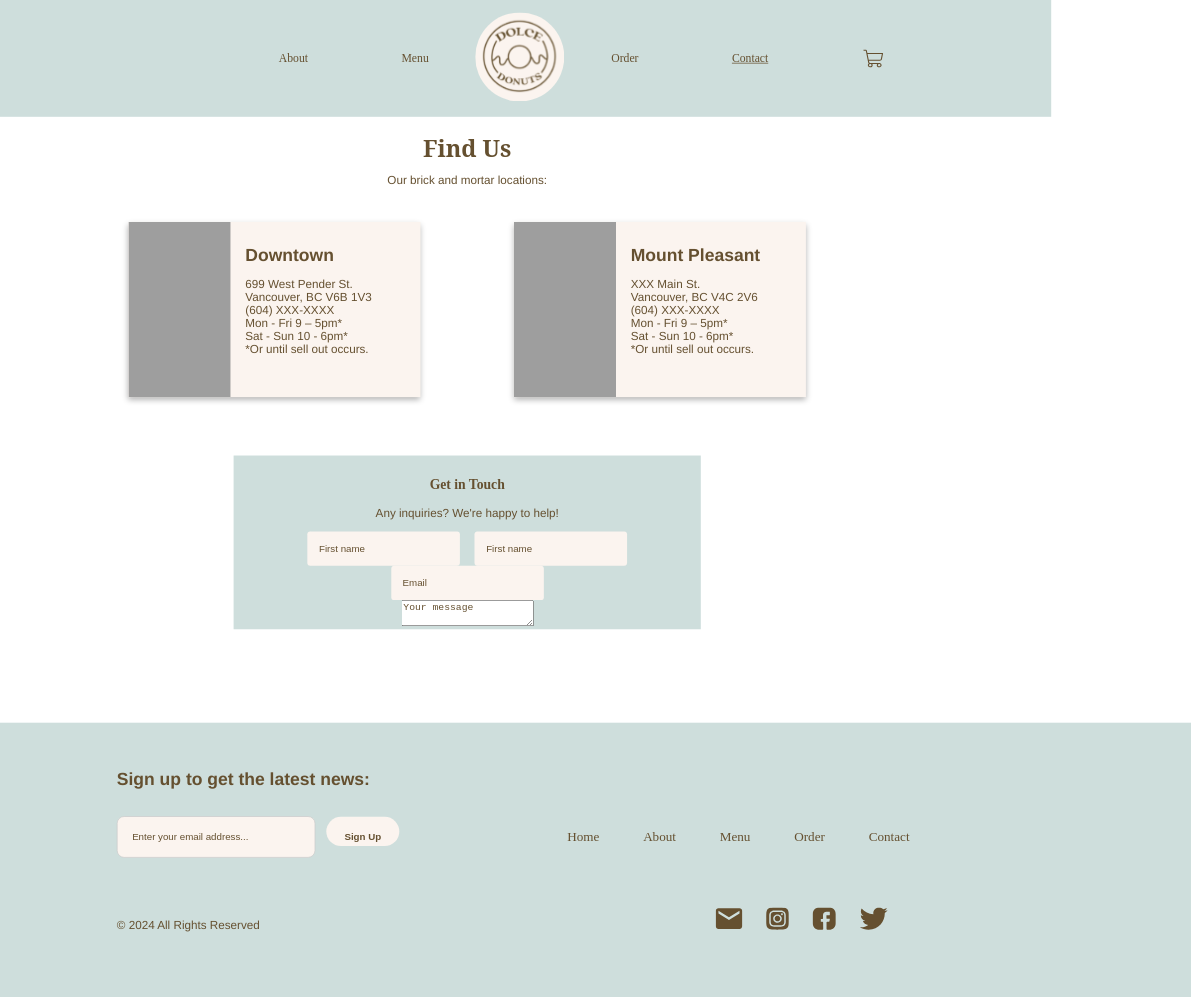
Repository: Crystalhtc/dolcedonuts
Page: /contact
An editor plug-in stored every save of this project. The page is shown before and after a run of saves, followed by the edit.
The browser window is 1280 px wide. The page is 1632 px wide, so the pictures cover 1632 px, including what lies to the right of the window. The pictures show the whole page, at 73% of full size.
Pictures or frames that could not be fetched are drawn as grey boxes. The project was rebuilt for these pictures with package versions that can differ from the ones it lists, and the page was loaded fresh each time. Also part of the build but not shown: vite.config.js, src/pages/Home.module.css, src/pages/Home.jsx, src/components/ProductCard/ProductCard.jsx, src/Data/products.js, src/pages/Order.css, src/pages/Menu.jsx, src/pages/Order.jsx and 13 more.

Above is the page before, as saved 2024-10-20 15:22:11.

### src/App.jsx
import React from 'react';
import "./App.css";
import { BrowserRouter as Router, Route, Routes } from 'react-router-dom';
import Header from './components/Header/Header';
import Footer from './components/Footer/Footer';
import Home from './pages/Home';
import Menu from './pages/menu';
import Order from './pages/order';
import Contact from './pages/Contact';
import About from './pages/About';
import Checkout from './pages/Checkout';
import Cart from './pages/Cart';
import ProductDetails from './pages/ProductDetails';
import PaymentReview from './pages/PaymentReview';

function App() {

  return (
    <Router>
      <Header />
      <Routes>
        <Route path="/" element={<Home />} />
        <Route path="/about" element={<About />} />
        <Route path="/menu" element={<Menu />} />
        <Route path="/order" element={<Order />} />
        {/* <Route path="/productdetails/:id" element={<ProductDetails />} /> */}
        <Route path="/productdetails" element={<ProductDetails />} />
        <Route path="/contact" element={<Contact />} />
        <Route path="/cart" element={<Cart />} />
        <Route path="/checkout" element={<Checkout />} />
        <Route path="/paymentreview" element={<PaymentReview />} />
      </Routes>
      <Footer />
    </Router>
  );
}

export default App;

### src/App.css
@import url('https://fonts.googleapis.com/css2?family=Arimo:ital,wght@0,400..700;1,400..700&display=swap');
@import url('https://fonts.googleapis.com/css2?family=Noto+Serif:ital,wght@0,100..900;1,100..900&display=swap');

:root {
    --mint: #CEDEDC;
    --cream: #FBF4EF;
    --pink: #F5CCD6;
    --dark-pink: #E3BBC5;
    --brown: #655030;
    --dark-brown: #4C3B22;
}
body {
    margin: 0 auto;
}
/* font */
/* heading, button */
h1 {
    font-family: "Noto Serif", serif;
    color: #655030;
    font-size: 28pt;
}
/* subheading */
h2 {
    font-size: 24pt;
    font-family: 'Arimo', sans-serif;
    color: #655030;
}
/* paragraph */
p {
    font-family: 'Arimo', sans-serif;
    color: #655030;
}

.container {
    max-width: 1440px;
    margin: 0 auto;
    height: auto;
    /* padding: 20px;  */
}

### src/components/Header/Header.jsx
import { NavLink } from 'react-router-dom';
import styles from './Header.module.css';
import logo from '../../assets/logo.svg';
import cartIcon from '../../assets/cart-icon.svg';

export default function Header() {
  return (
    <nav className={styles.nav}>
      <ul className={styles.navList}>
        <li className={styles.navItem}>
          <NavLink to="/about" className={({ isActive }) => (isActive ? styles.activeLink : undefined)}>About</NavLink>
        </li>
        <li className={styles.navItem}>
          <NavLink to="/menu" className={({ isActive }) => (isActive ? styles.activeLink : undefined)}>Menu</NavLink>
        </li>
        <li className={styles.logoContainer}>
          <NavLink to="/">
            <img src={logo} alt="Logo" className={styles.logo} />
          </NavLink>
        </li>
        <li className={styles.navItem}>
          <NavLink to="/order" className={({ isActive }) => (isActive ? styles.activeLink : undefined)}>Order</NavLink>
        </li>
        <li className={styles.navItem}>
          <NavLink to="/contact" className={({ isActive }) => (isActive ? styles.activeLink : undefined)}>Contact</NavLink>
        </li>
        <li className={styles.navItem}>
          <NavLink to="/cart" className={({ isActive }) => (isActive ? styles.activeLink : undefined)}>
            <img src={cartIcon} alt="Cart" className={styles.cartIcon} />
          </NavLink>
        </li>
      </ul>
    </nav>
  );
}

### src/components/Footer/Footer.jsx
import React from 'react';
import styles from './Footer.module.css';
import socialMediaIcons from '../../assets/social-media-icons.svg';

const Footer = () => {
    return (
        <footer className={styles.footer}> {/* Use styles for className */}
            <h2 className={styles.signUpMessage}>Sign up to get the latest news:</h2>

            <div className={styles.topContainer}>
                <div className={styles.newsletterSignup}> {/* Use styles for className */}
                    <input type="email" placeholder="Enter your email address..." />
                       <button className={styles.signupButton}>Sign Up</button> {/* Use styles for className */}
                </div>

                 <div className={styles.footerLinks}>
                     <ul className={styles.linkList}>
                        <li><a href="/">Home</a></li>
                        <li><a href="/about">About</a></li>
                        <li><a href="/menu">Menu</a></li>
                        <li><a href="/order">Order</a></li>
                        <li><a href="/contact">Contact</a></li>
                    </ul>
                </div>
            </div>

            <div className={styles.footerBottomContainer}>
                <p>© 2024 All Rights Reserved</p>
                <div className={styles.socialMedia}> {/* Use styles for className */}
                    <img src={socialMediaIcons} alt="Social Media Icons" />
                </div>
            </div>
        </footer>
    );
};

export default Footer;

### src/pages/Contact.jsx
import styles from './Contact.module.css';
import Form from '../components/ContactUsForm/ContactForm';

export default function Contact() {
    return(
        <div className={styles.contactUsContainer}>
            <h1 className={styles.contactUsH1}>Find Us</h1>
            <p>Our brick and mortar locations:</p>
                <div className={styles.contactUsCardContainer}>
                    <div className={styles.contactUsCard}>
                        <div className={styles.locationOne}>
                            <img src="https://images.unsplash.com/photo-1574033566548-f6c3f48cc11e?q=80&w=2160&auto=format&fit=crop&ixlib=rb-4.0.3&ixid=M3wxMjA3fDB8MHxwaG90by1wYWdlfHx8fGVufDB8fHx8fA%3D%3D"
                            alt="cafe table 1"
                            width={140}
                            height={240}
                            className={styles.contactUsImg}
                            />
                            <div>
                                <h2 className={styles.contactUsText}>Downtown</h2>
                                    <p className={styles.contactUsText}> 699 West Pender St.
                                    <br/>
                                    Vancouver, BC V6B 1V3
                                    <br/>
                                    (604) XXX-XXXX
                                    <br/>
                                    Mon - Fri  9 – 5pm*
                                    <br/>
                                    Sat - Sun 10 - 6pm*
                                    <br/>
                                    *Or until sell out occurs.
                                    </p>
                            </div>

                        </div>
                    </div>

                    <div className={styles.contactUsCard}>
                        <div className={styles.locationOne}>
                            <img src="https://images.unsplash.com/photo-1613274554329-70f997f5789f?q=80&w=2574&auto=format&fit=crop&ixlib=rb-4.0.3&ixid=M3wxMjA3fDB8MHxwaG90by1wYWdlfHx8fGVufDB8fHx8fA%3D%3D"
                            alt="cafe table 2"
                            width={140}
                            height={240}
                            className={styles.contactUsImg}
                            />
                            <div>
                                <h2 className={styles.contactUsText}>Mount Pleasant</h2>
                                    <p className={styles.contactUsText}> XXX Main St.
                                    <br/>
                                    Vancouver, BC V4C 2V6
                                    <br/>
                                    (604) XXX-XXXX
                                    <br/>
                                    Mon - Fri  9 – 5pm*
                                    <br/>
                                    Sat - Sun 10 - 6pm*
                                    <br/>
                                    *Or until sell out occurs.
                                    </p>
                            </div>
                        </div>
                    </div>
                </div>
            <Form/>
        </div>
    )
}

### src/components/Header/Header.module.css
.nav {
    width: 1440px;
    height: 160px;
    background-color: var(--mint);
    display: flex;
    justify-content: center;
    flex-shrink: 0;
    margin: auto;
}

.navList {
    list-style-type: none;
    display: flex;
    justify-content: center;
    align-items: center;
    margin: 0;
    padding: 0;
    width: 100%;

    margin-left: 11%;
}

.navItem {
    margin: 0 4rem;
}

.navItem a {
    text-decoration: none;
    color: var(--brown);
}

.logoContainer {
    flex: 0 0 auto;
}

.logo {
    width: 122px;
    height: 122px;
    object-fit: contain;
}

.cartIcon {
    width: 36px;
    height: auto;
}

.navItem .activeLink {
    text-decoration: underline;
    color: var(--brown);
}

### src/components/Footer/Footer.module.css
.footer {
    width: 1440px;
    height: 312px;
    background-color: var(--mint);
    padding: 2rem;
    color: var(--brown);
    padding-left: 10rem;
    flex-shrink: 0;
    margin: auto;
}

.topContainer {
    display: flex;
    align-items: center;
    gap: 10rem;
}

.footerBottomContainer {
    display: flex;
    margin-top: 3rem;
    gap: 39rem;
}

.newsletterSignup input {
    padding: 20px;
    width: 230px;
    border: 1px solid #ccc;
    background-color: var(--cream);
    border-radius: 10px;
}

.signupButton {
    width: 100px;
    padding: 20px;
    margin-left: 15px;
    background-color: var(--cream);
    color: var(--brown);
    font-weight: bold;
    border: none;
    border-radius: 20px;
}

.footerLinks {
    margin: 20px 0;
    display: flex;
    font-size: large;
}

.linkList a {
    color: var(--brown);
    list-style-type: none;
    text-decoration: none;
}

.linkList li {
    text-decoration: none;
    display: inline;
    margin: 0 30px;
}

.socialMedia img {
    width: 250px;
    height: auto;
}

### src/pages/Contact.module.css
.contactUsContainer {
    text-align: center;
}

.contactUsH1 {
    margin-bottom: -2px;
}

.contactUsCardContainer {
    display: flex;
    gap: 10%;
    justify-content: center;
    margin-top: 3rem;
}

.locationOne {
    display: flex;
}

.contactUsText {
    text-align: left;
    padding-left: 20px;
}

.contactUsCard {
    background-color: var(--cream);
    width: 400px;
    box-shadow: 0 4px 8px rgba(0, 0, 0, 0.3);
    margin-bottom: 5rem;
}

### src/components/ContactUsForm/ContactForm.jsx
import { useState } from "react";
import styles from './ContactForm.module.css';

export default function Form() {
    const [firstName, setFirst] = useState('');
    const [lastName, setLast] = useState('');
    const [submitted, setSubmitted] = useState(false);

    const handleSubmission = async (e) => {
        e.preventDefault();
        console.log('Thank you for your inquiry!');
        setSubmitted(true);
    };

    return (
        <>
            {submitted ? (
                <div className={styles.successfulMessage}>
                    <h2>Thank you for your inquiry!</h2>
                    <p>You will hear from us within 14 business days.</p>
                </div>
            ) : (
                <form onSubmit={handleSubmission} className={styles.formContainer}>
                    <div className={styles.nameContainer}>
                        <h3>Get in Touch</h3>
                        <p>Any inquiries? We're happy to help!</p>
                        <div className={styles.nameFieldContainer}>
                            <div className={styles.nameField}>
                                <input
                                    name="firstName"
                                    placeholder="First name"
                                    type="text"
                                    value={firstName}
                                    onChange={(e) => setFirst(e.target.value)}
                                    required
                                />
                            </div>
                            <div className={styles.nameField}>
                                <input
                                    name="firstName"
                                    placeholder="First name"
                                    type="text"
                                    value={lastName}
                                    onChange={(e) => setLast(e.target.value)}
                                    required
                                />
                            </div>
                        </div>
                        <div className={styles.formPlaceholders}>
                            <input type="email" name="email" placeholder="Email"/>
                        </div>

                        <div className={styles.formPlaceholders}>
                            <textarea name="message" placeholder="Your message"></textarea>
                        </div>
                    </div>

                </form>
            )}
        </>
    );
}

{/* <div className={styles.contactFormContainer}>
            <h2>Get in touch</h2>
            <p>Any inquiries? We're happy to help.</p>
            <form className={styles.form}>
                <div className={styles.formPlaceholdersName}>
                    <input type="text" name="firstName" placeholder="First name"/>
                    <br/>
                    <input type="text" name="lastName" placeholder="Last name"/>
                </div>

                <div className={styles.formPlaceholders}>

                </div>

                <div className={styles.formPlaceholders}>
                    <input type="email" name="email" placeholder="Email"/>
                </div>

                <div className={styles.formPlaceholders}>
                    <textarea name="message" placeholder="Your message"></textarea>
                </div>
            </form>
        </div> */}

### src/pages/Checkout.module.css
.checkoutContainer {
    display: flex;
    align-items: center;
    justify-content: center;
}

input {
    background-color: var(--cream);
    border: none;
    padding: 1rem;
    border-radius: 4px;
}

.contactInputs {
    display: flex;
    flex-direction: column;
}

.checkoutContainer {
    display: flex;
    justify-content: space-between;
    align-items: start;
    padding: 2rem;
    max-width: 1200px;
    margin: 0 auto;
    gap: 3rem;
}

.leftColumn {
    flex: 2;
}

.rightColumn {
    flex: 1;
    padding: 2rem;
    height: fit-content;
    border-left: 1px solid var(--brown);
}

::placeholder {
    color: var(--brown);
}

h3 {
    color: var(--brown);
}

/* Contact Section */
.contactInputs {
    display: flex;
    flex-direction: column;
    gap: 1rem;
}

/* Delivery Section */
.deliveryOptions {
    display: flex;
    flex-direction: column;
    align-items: center;
}

.deliveryToggle {
    display: flex;
    align-items: center;
    gap: 1rem;
    margin: 1rem 0;
    background-color: var(--cream);
    border-radius: 10px;
    padding: 0.5rem;
    width: 60%;
}

/* Delivery Toggle Buttons */
.deliveryToggle {
    display: flex;
    gap: 1rem; /* Space between buttons */
}

.deliveryToggle button {
    padding: 0.75rem 1rem;
    border: none;
    border-radius: 20px;
    cursor: pointer;
    flex: 1;
    transition: background-color 0.3s ease; /* Smooth transition */
}

/* Default styles */
.pickupButton {
    background-color: transparent; /* Inactive state */
    color: var(--brown); /* Text color */
}

.deliveryButton {
    background-color: transparent; /* Inactive state */
    color: var(--brown); /* Text color */
}

/* Active styles */
.pickupButton.active,
.deliveryButton.active {
    background-color: var(--mint); /* Active button color */
}

/* Hover state */
.deliveryToggle button:hover {
    background-color: pink; /* Hover state */
}

/* Optional: Set a specific color for inactive buttons' text */
.deliveryToggle button:not(.active) {
    color: var(--brown); /* Change to desired inactive text color */
}

.addresses {
    display: flex;
    flex-direction: column;
    gap: 1rem;
}

.downtown, .mountPleasant {
    background-color: var(--cream);
    border-radius: 10px;
    padding: 1rem;
    display: flex;
    gap: 1rem;
    align-items: start;
}


/* Payment Section */
.paymentContainer {
    margin: 1rem 0;
}

.creditCardTitle {
    background: var(--mint);
    padding: 0.5rem 1rem;
    margin-bottom: 1rem;
}

.paymentInputs {
    display: flex;
    flex-direction: column;
    gap: 1rem;
}

.fullWidthInput input {
    width: 100%;
}

.halfWidthInput {
    display: flex;
    justify-content: space-between;
}

.firstHalfInput {
    width: 100%;
}

.secondHalfInput {
    width: 100%;
    display: flex;
    justify-content: end;
}

.firstHalfInput input {
    width: 90%;
}

.secondHalfInput input {
    width: 90%;
}

.halfWidthInputField input {
    width: 50%
}

.paymentInputs > div {
    display: flex;
    gap: 1rem;
}

/* Right Column Styling */
.checkoutProducts {
    display: flex;
    flex-direction: column;
    gap: 1rem;
    margin-bottom: 2rem;
}

.discountCode {
    display: flex;
    gap: 1rem;
    margin-bottom: 2rem;
    height: 3rem;
}

.discountInput {
    flex: 1;
    background: none;
    border: 2px solid var(--mint);
}

.discountButton {
    height: 3rem;
    padding: 0 1.5rem;
    background: none;
    border: none;
    border-radius: 10px;
    cursor: pointer;
    background: var(--cream);
}

.discountButton:hover {
    background: var(--brown);
    color: var(--cream);
}

.price {
    display: flex;
    flex-direction: column;
    margin-bottom: 2rem;
}

.subtotal, .tax, .total {
    display: flex;
    justify-content: space-between;
    align-items: center;
}

.total {
    font-weight: bold;
    font-size: 1.2rem;
    border-top: 1px solid #ccc;
    padding-top: 1rem;
}

/* Section Headers */
h1 {
    margin-bottom: 2rem;
    font-size: 2rem;
}

h2 {
    margin: 2rem 0 1rem 0;
    font-size: 1.5rem;
}

/* Responsive Design */
@media (max-width: 768px) {
    .checkoutContainer {
        flex-direction: column;
        padding: 1rem;
    }

    .rightColumn {
        width: 100%;
    }

    .paymentInputs > div,
    .addressInputs > div {
        flex-direction: column;
    }
}

### src/pages/PaymentReview.module.css

.reviewContainer > h1 {
    margin: 2rem auto;
    text-align: center;
    color: var(--brown);
}

.orderReview {
    display: flex;
    justify-content: space-between;
    align-items: start;
    width: 100%;
    gap: 2rem;
}

.orderDetails {
    flex: 2;
    margin-left: 2rem;
}

.orderSummary {
    flex: 1;
    padding: 2rem;
    height: fit-content;
    border-left: 1px solid var(--brown);
}

.orderTable {
    border-collapse: collapse;
    background: var(--cream);
}

.orderTable tr {
    border: 1px solid var(--brown);
}

.orderTable td {
    padding: 1rem;
    color: var(--brown);
}

.orderTable td:first-child {
    font-weight: bold;
    width: 30%;
}

.productList {
    display: flex;
    flex-direction: column;
    gap: 1rem;
    margin-bottom: 2rem;
}

.productCard {
    display: flex;
    gap: 1rem;
    padding: 1rem;
    border: 1px solid var(--brown);
    background-color: var(--cream);
    align-items: start;
    justify-content: start;
}

.productImage {
    width: 80px;
    height: 80px;
    background-color: #f0f0f0;
    border-radius: 4px;
}

.productInfo {
    flex: 1;
    color: var(--brown);
}

.productName {
    font-size: 1.2rem;
    font-weight: bold;
    color: var(--brown);
}

.productPrice {
    color: var(--brown);
    font-weight: bold;
}

.priceSummary {
    display: flex;
    flex-direction: column;
    margin-bottom: 2rem;
}

.subtotal, .tax, .total {
    display: flex;
    justify-content: space-between;
    align-items: center;
    color: var(--brown);
}

.total {
    font-weight: bold;
    font-size: 1.2rem;
    border-top: 1px solid var(--brown);
    padding-top: 1rem;
}

.continueButtonContainer {
    width: 100%;
    display: flex;
    justify-content: center;
    margin-top: 2rem;
}

.continueButton {
    width: 50%;
}

/* Section Headers */
h1 {
    margin-bottom: 2rem;
    font-size: 2rem;
    color: var(--brown);
}

/* Responsive Design */
@media (max-width: 768px) {
    .reviewContainer {
        padding: 1rem;
    }

    .orderSummary {
        width: 100%;
        border-left: none;
        border-top: 1px solid var(--brown);
        padding-top: 2rem;
    }

    .continueButton button {
        width: 100%;
    }

    .orderTable td {
        display: block;
        width: 100%;
    }

    .orderTable td:first-child {
        width: 100%;
        padding-bottom: 0;
    }
}

### src/components/ProductCard/ProductCard.module.css
.container {
    width: 340px;
    height: 530px;
    border-radius: 8px;
    padding: 18px 8px;
    box-shadow: 0px 4px 4px 0px rgba(0, 0, 0, 0.25);
    display: flex;
    flex-direction: column;
    align-items: center;
}
.priceAndButton {
    display: flex;
    flex-direction: row;
    align-items: center;
    gap: 10em;
}
button {
    width: 95px;
    height: 36px;
    border-radius: 8px;
    border: none;
    color: var(--brown);
    background: var(--Cream, #FBF4EF);
}
button h2 {
    margin: 0;
}

### src/components/ContactUsForm/ContactForm.module.css
.form {
    justify-content: left;
    text-align: left;
}
.formPlaceholdersName {
    display: flex;
}

.contactFormContainer {
    text-align: center;
}

.nameFieldContainer {
    display: flex;
    justify-content: center;
    gap: 20px;
}

form {
    background-color: var(--mint);
    margin-left: 25%;
    margin-right: 25%;
    margin-bottom: 10%;
    padding-top: 10px;
}

Loaded but not shown: index.html (common file); src/main.jsx (common file)

After the next 3 saves:
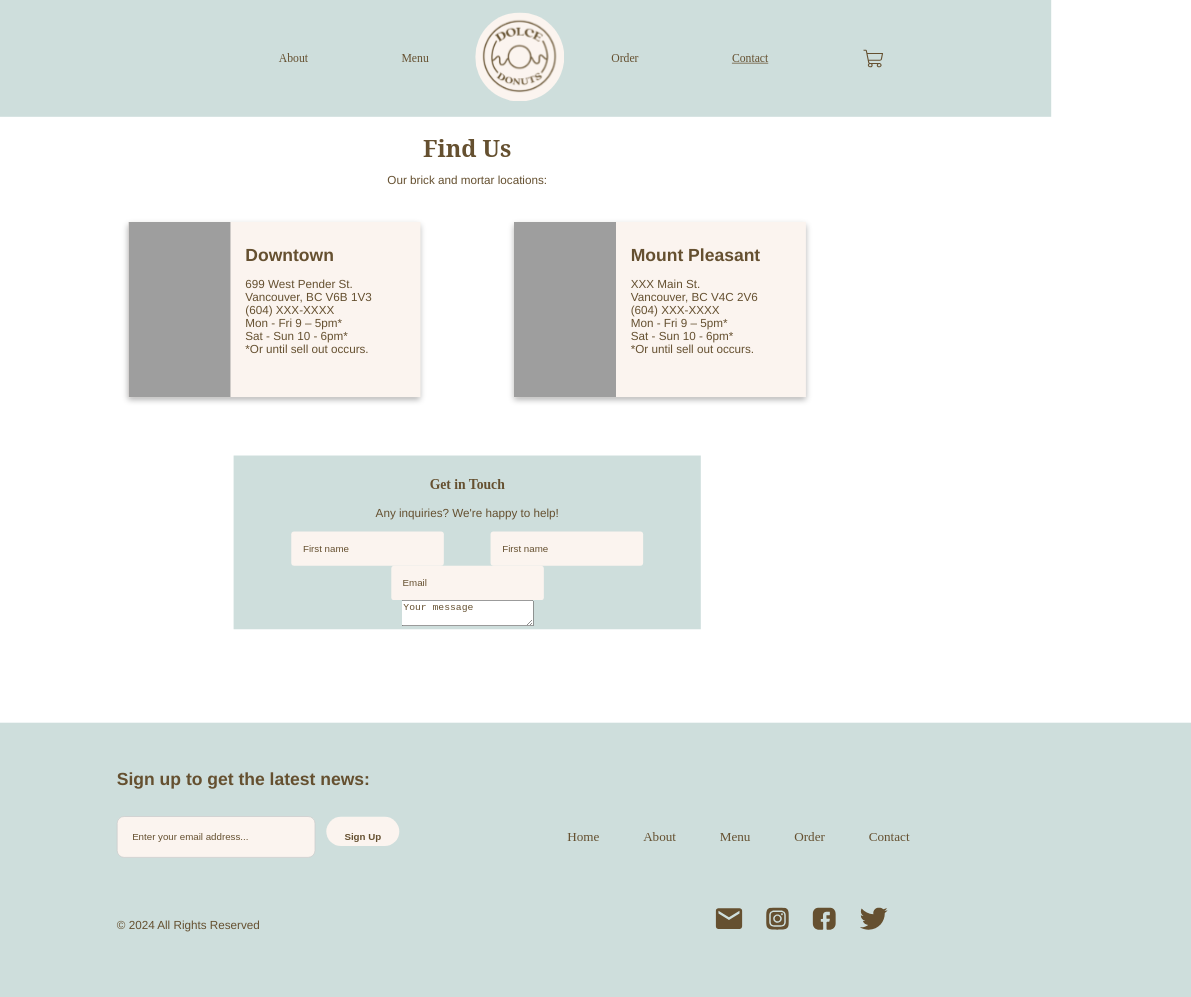
The 3 saves are shown as one change because they came seconds apart.
The last was saved 10 s later.
--- a/src/components/ContactUsForm/ContactForm.module.css
+++ b/src/components/ContactUsForm/ContactForm.module.css
@@ -13,7 +13,7 @@
 .nameFieldContainer {
     display: flex;
     justify-content: center;
-    gap: 20px;
+    gap: 10%;
 }
 
 form {
